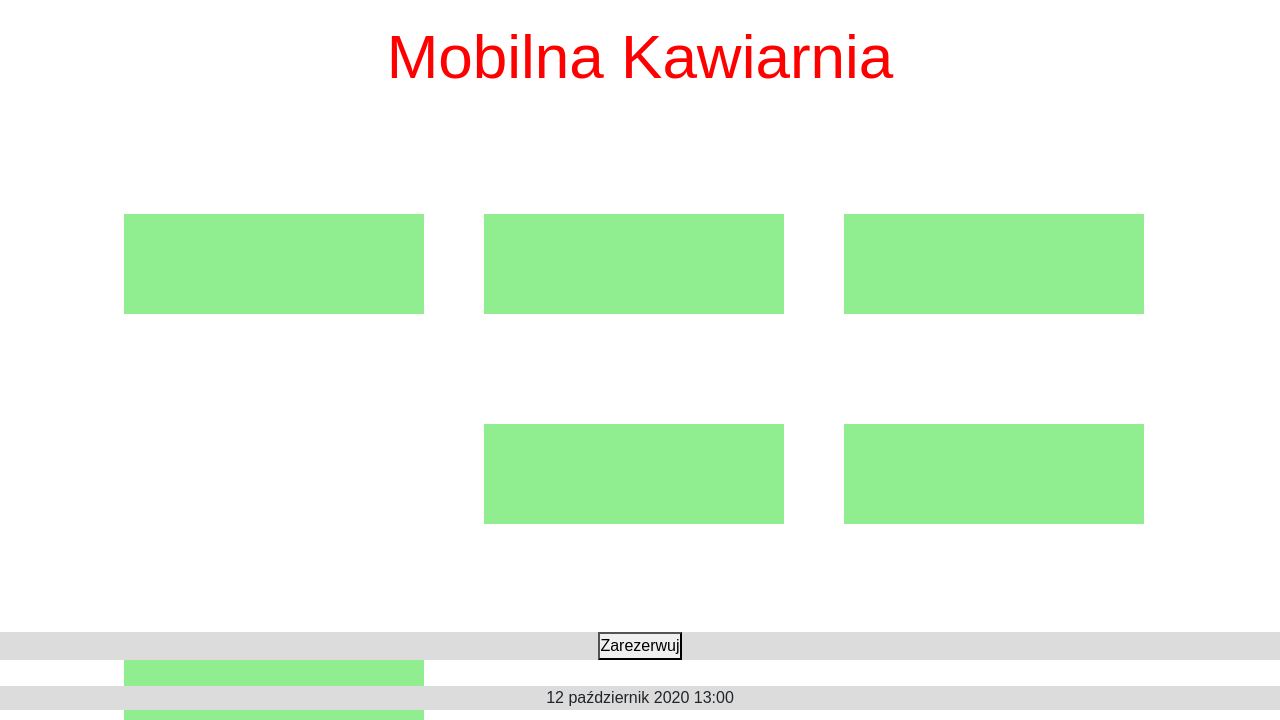
Repository: K009/MobilnaKawiarnia
Page: index.html
These files come from the project's save history. The page is drawn as it stood at one moment and after the next save; the edit follows.
The browser window is 1280 px wide. The pictures show the whole page.

Above is the page before, as saved 2020-12-23 17:06:01.

### index.html
<html>
  <head>
    <title>Mobilna Kawiarnia</title>
    <link rel="stylesheet" href="style.css" />
    <script src="scripts.js"></script>
    <link href="https://cdn.jsdelivr.net/npm/bootstrap@5.0.0-beta1/dist/css/bootstrap.min.css" rel="stylesheet" integrity="sha384-giJF6kkoqNQ00vy+HMDP7azOuL0xtbfIcaT9wjKHr8RbDVddVHyTfAAsrekwKmP1" crossorigin="anonymous">
    <script src="https://cdn.jsdelivr.net/npm/bootstrap@5.0.0-beta1/dist/js/bootstrap.bundle.min.js" integrity="sha384-ygbV9kiqUc6oa4msXn9868pTtWMgiQaeYH7/t7LECLbyPA2x65Kgf80OJFdroafW" crossorigin="anonymous"></script>
  </head>
  <body>
    <div class="main">
        <div class="logo">
          <h1><a href="">Mobilna Kawiarnia</a></h1>
        </div>

        <div id="center">

            <div class="tableUp">
                <svg class ="table" width="300" height="110">
                    <rect class ="table" width="300" height="100"/>
                  </svg>
            </div>

            <div class="tableUp">
                <svg width="300" height="110">
                    <rect class ="table" width="300" height="100"/>
                  </svg>
            </div>

            <div class="tableUp">
                <svg width="300" height="110">
                    <rect class ="table" width="300" height="100"/>
                  </svg>
            </div>

            <div class="tableUp">
                <svg width="300" height="110">
                    <rect class ="table" width="300" height="100"/>
                </svg>
            </div>

            <div class="tableUp">
                <svg width="300" height="110">
                    <rect class ="table" width="300" height="100"/>
                </svg>
            </div>

            <div class="tableUp">
                <svg width="300" height="110">
                    <rect class ="table" width="300" height="100" />
                </svg>
            </div>

        </div>

        <div id="bottomButton">
            <button id="submitDate" onclick="submit(this.id)">Zarezerwuj</button>
        </div>

        <div id="bottomMenu">
            12 październik 2020     13:00
        </div>
    </div>

    <script>

    </script>
  </body>
</html>

### style.css
* {
  margin: 0;
  padding: 0;
  font-family: sans-serif;
}
.main {
  width: 100%;
  height: 100vh;
  position: relative;
  overflow: hidden;
  background: white;
}
.logo {
  flex-basis: 20%;
}
.logo h1 {
  text-align: center;
  color: red;
  font-size: 62px;
  margin: 20 20px;
}
.logo h1 a {
  text-decoration: none;
  color: red;
}
#center {
  margin-left: 5%;
}
.tableUp {
  margin: 100 0 0 60px;
  float: left;
}
.table {
  fill: #90ee90;
}
.table:hover {
  fill: #88e388;
}
#bottomButton {
  background-color: gainsboro;
  text-align: center;
  position: absolute;
  width: 100%;
  bottom: 60px;
}
#submitDate {
  font-size: 16px;
}
#bottomMenu {
  background-color: gainsboro;
  text-align: center;
  position: absolute;
  width: 100%;
  bottom: 10px;
}

### scripts.js
console.log('xxdd');

// let submitButton = document.getElementById('submitDate');

// submitButton.onclick = function () {
//   console.log('klikniety!!');
// };

function submit(clicked_id) {
  console.log(clicked_id);
}

After the next save:
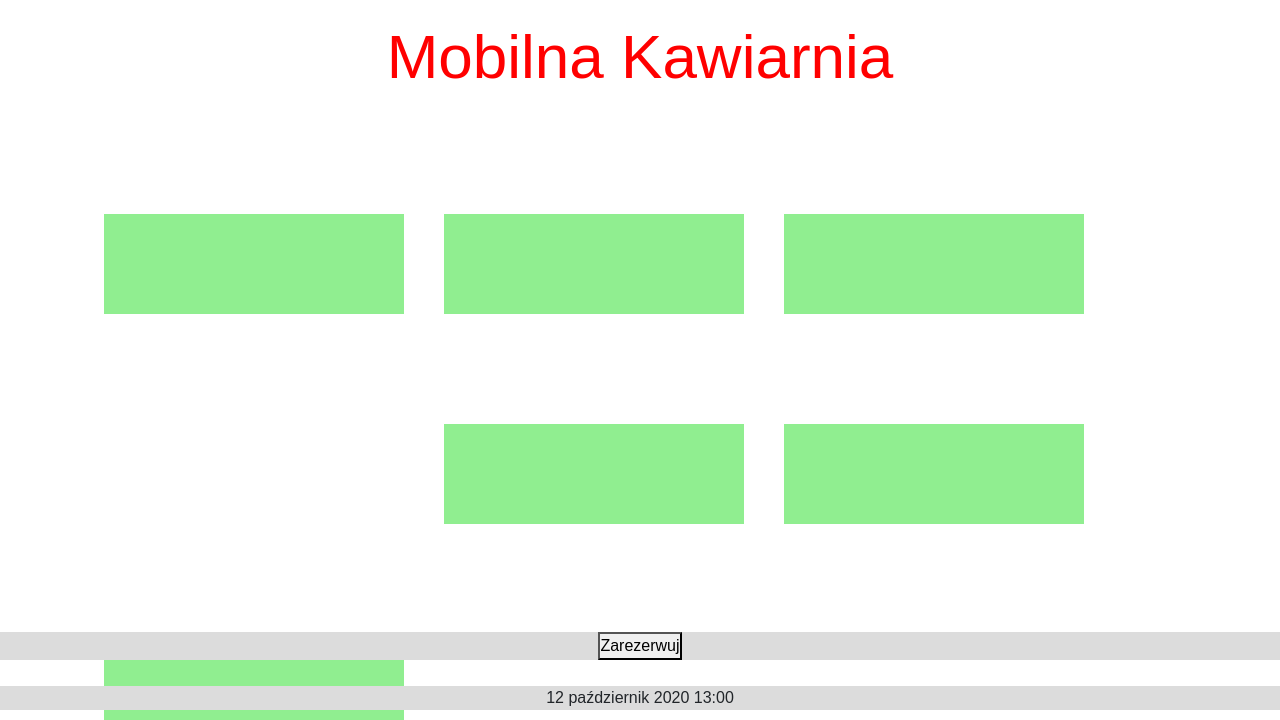
Saved 4 s later.
--- a/style.css
+++ b/style.css
@@ -27,7 +27,7 @@
   margin-left: 5%;
 }
 .tableUp {
-  margin: 100 0 0 60px;
+  margin: 100 0 0 40px;
   float: left;
 }
 .table {
